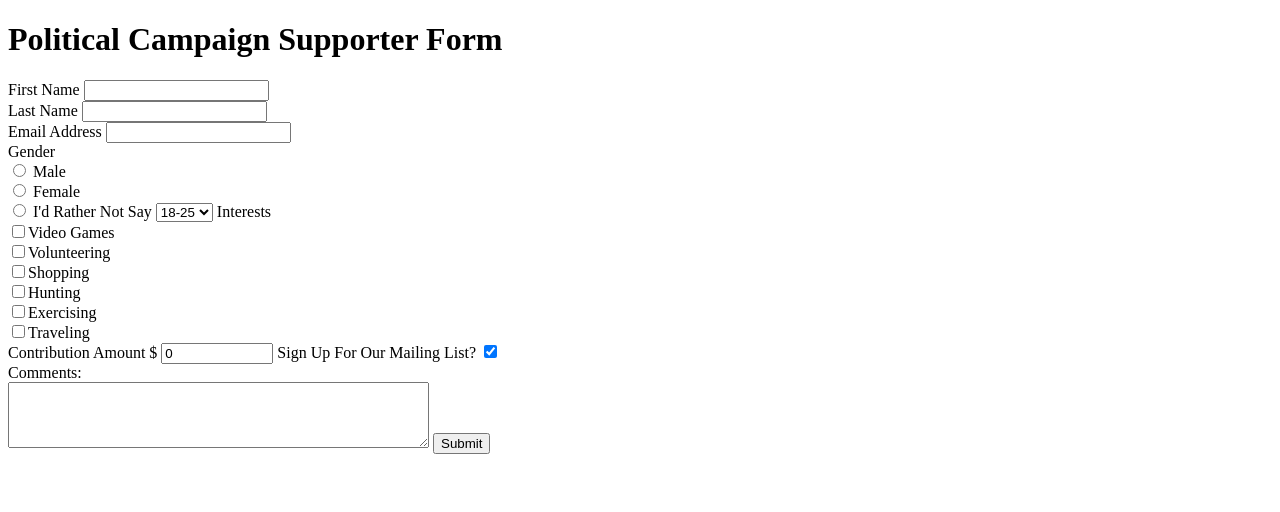
Repository: ryanaanderson0/COSW30
Page: Homework/Homework2/contact.html
The author's editor kept a record of every edit. The page is drawn from the files as they stood at one moment, then again after the next edit.
The browser window is 1280 px wide. The pictures show the whole page.

Above is the page before.

### Homework/Homework2/contact.html
<!DOCTYPE html>
<html>
    <meta charset="utf-8">
    <head>
        <title>Homework 2:Political Campaign Supporter Form</title>
    </head>
    <body>
        <h1>Political Campaign Supporter Form</h1>

        <form method="POST" action="process_contact.php">

        <label>First Name</label>
        <input type="text" id="first_name" name="first_name" required><br>

        <label>Last Name</label>
        <input type="text" id="last_name" name="last_name" required> <br>

        <label>Email Address</label>
        <input type="email" id="email" name="email" required> <br>

        <label>Gender</label> <br>
        <input type="radio" id="gender" name="gender" value="male" required> Male<br>
        <input type="radio" id="gender" name="gender" value="Female" required> Female<br>
        <input type="radio" id="gender" name="gender" value="Unspecified" required> I'd Rather Not Say

        <select id="age" required><br>
            <option value="18-25" name="age1">18-25</option>
            <option value="26-35">26-35</option>
            <option value="35-45">35-45</option>
            <option value="46+">46+</option>
        </select>

        <label>Interests</label><br>
        <input type="checkbox" id="interests" name="interest[]" value="video_games">Video Games<br>
        <input type="checkbox" id="interests" name="interest[]" value="volunteering">Volunteering<br>
        <input type="checkbox" id="interests" name="interest[]" value="shopping">Shopping<br>
        <input type="checkbox" id="interests" name="interest[]" value="hunting">Hunting<br>
        <input type="checkbox" id="interests" name="interest[]" value="exercising">Exercising<br>
        <input type="checkbox" id="interests" name="interest[]" value="traveling">Traveling<br>

        <label>Contribution Amount $</label>
        <input type="number" id="contribution" name="quantity" min="0" max="100000000" value="0">

        <label>Sign Up For Our Mailing List?</label>
        <input type="checkbox" id="mailing_list" name="mailing_list" value="yes" checked><br>

        <label>Comments:</label><br>
        <textarea rows="4" cols="50" name="comments">
        </textarea>

        <button>Submit</button>



        </form>
    </body>
</html>

After the next edit:
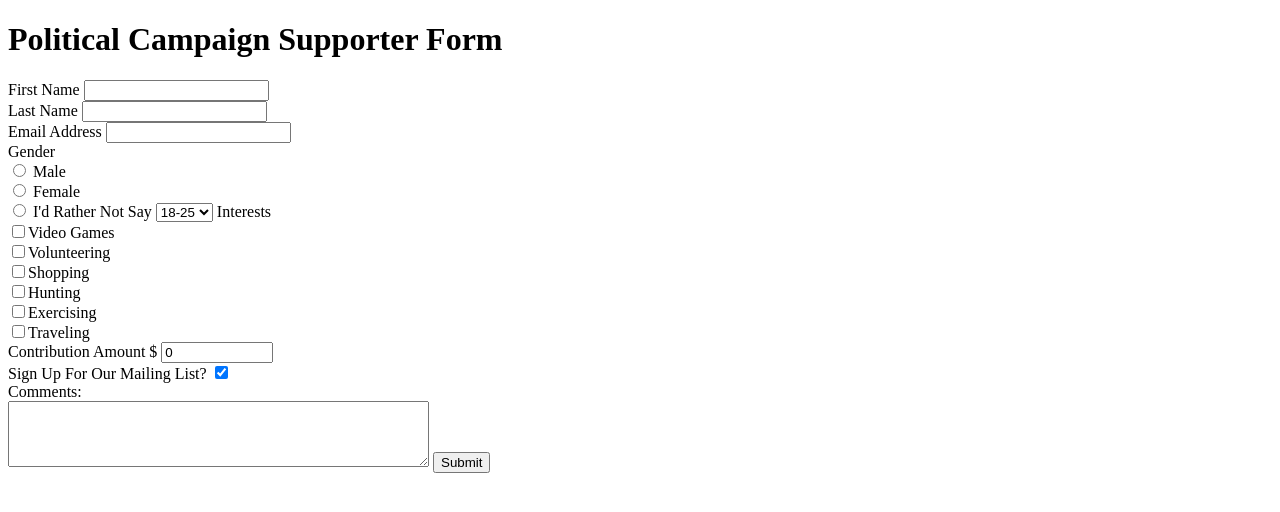
The edit:
--- a/Homework/Homework2/contact.html
+++ b/Homework/Homework2/contact.html
@@ -39,7 +39,7 @@
         <input type="checkbox" id="interests" name="interest[]" value="traveling">Traveling<br>
 
         <label>Contribution Amount $</label>
-        <input type="number" id="contribution" name="quantity" min="0" max="100000000" value="0">
+        <input type="number" id="contribution" name="quantity" min="0" max="100000000" value="0"><br>
 
         <label>Sign Up For Our Mailing List?</label>
         <input type="checkbox" id="mailing_list" name="mailing_list" value="yes" checked><br>
